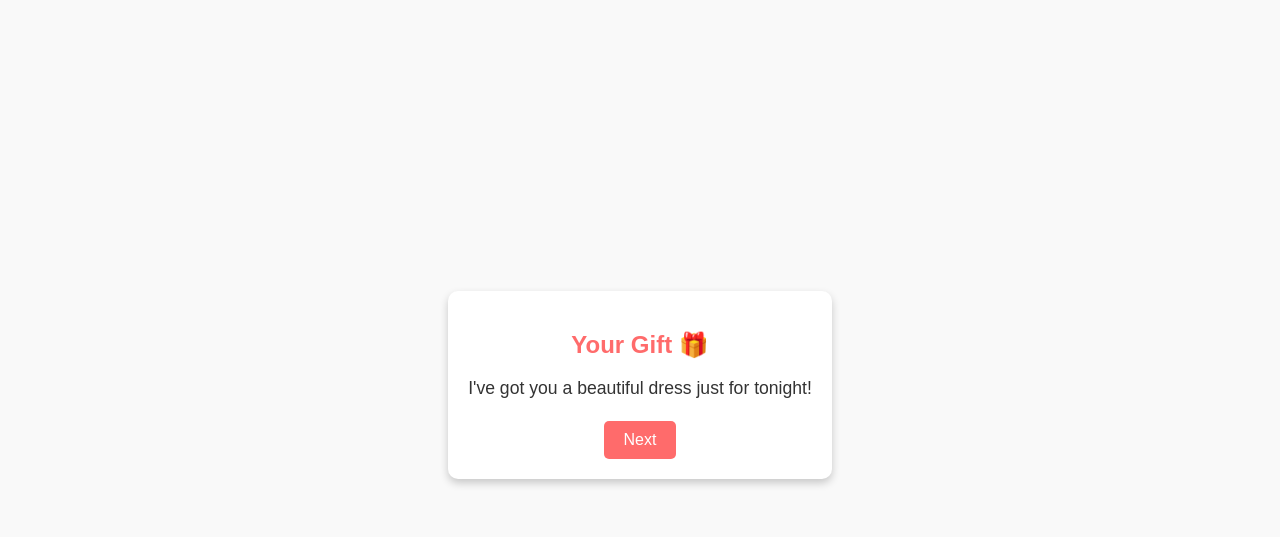
Repository: makanda596/s
Page: /, after clicking the first element matching `button`
The author's editor kept a copy of each file at every save. The page is drawn from the files as they stood at one save, then again after the next save.
The browser window is 1280 px wide. The pictures show the whole page.
The project was rebuilt for these pictures with package versions that can differ from the ones it lists, and the page was loaded fresh each time. Also part of the build but not shown: src/Dinner.js, src/Proposal.js.

Above is the page before, as saved 2024-11-13 14:25:05.

### src/App.js
import React, { useState } from 'react';
import Home from './Home';
import Gift from './Gift';
import "./App.css"
import Dinner from './Dinner';
import Proposal from './Proposal';

function App() {
  const [step, setStep] = useState(1);

  const nextStep = () => setStep(step + 1);

  return (
    <div>
      {step === 1 && <Home nextStep={nextStep} />}
      {step === 2 && <Gift nextStep={nextStep} />}
      {step === 3 && <Dinner nextStep={nextStep} />}
      {step === 4 && <Proposal />}
    </div>
  );
}

export default App;

### src/Home.js
import React from 'react';

function Home({ nextStep }) {
    return (
        <div className="container" style={{ textAlign: 'center', marginTop: '50px' }}>
            <h1>Hey babe 💖</h1>
            <p>I have a surprise for you! Click 'Continue' to see it.</p>
            <button onClick={nextStep}>Continue</button>
        </div>
    );
}

export default Home;

### src/Gift.js
import React from 'react';

function Gift({ nextStep }) {
    return (
        <div className="container" style={{ textAlign: 'center', marginTop: '50px' }}>
            <h2>Your Gift 🎁</h2>
            <p>I've got you a beautiful dress just for tonight!</p>
            <button onClick={nextStep}>Next</button>
        </div>
    );
}

export default Gift;

### src/App.css
/* Center all content vertically and horizontally */
body, html {
    display: flex;
    align-items: center;
    justify-content: center;
    height: 100vh;
    margin: 0;
    font-family: Arial, sans-serif;
    background-color: #f9f9f9;
}

/* Style container for each page */
.container {
    text-align: center;
    padding: 20px;
    max-width: 400px;
    background: #ffffff;
    box-shadow: 0 4px 8px rgba(0, 0, 0, 0.2);
    border-radius: 10px;
}

/* Style for main headings */
h1, h2 {
    color: #ff6b6b;
    margin-bottom: 10px;
}

/* Subtext styles */
p {
    color: #333;
    font-size: 1.1em;
    line-height: 1.4;
    margin-bottom: 20px;
}

/* Button styles */
button {
    padding: 10px 20px;
    font-size: 1em;
    color: #fff;
    background-color: #ff6b6b;
    border: none;
    border-radius: 5px;
    cursor: pointer;
    transition: background-color 0.3s ease;
}

button:hover {
    background-color: #e65555;
}

Loaded but not shown: public/index.html (common file); src/index.js (common file); src/index.css (common file); src/reportWebVitals.js (common file)

After the next save:
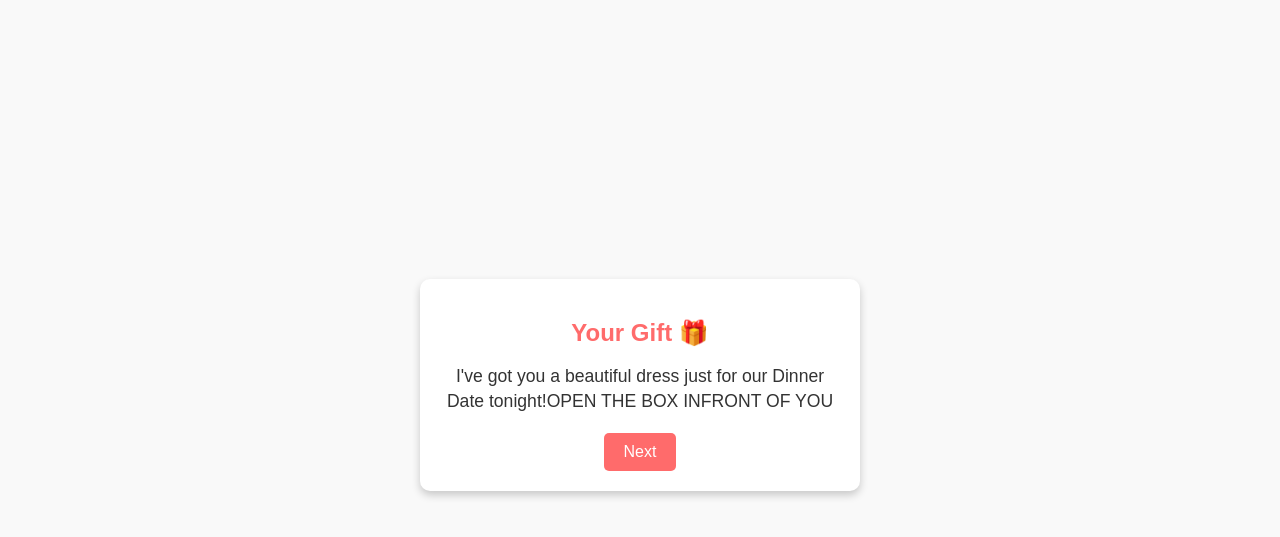
Saved 68 s later.
--- a/src/Gift.js
+++ b/src/Gift.js
@@ -4,7 +4,7 @@ function Gift({ nextStep }) {
     return (
         <div className="container" style={{ textAlign: 'center', marginTop: '50px' }}>
             <h2>Your Gift 🎁</h2>
-            <p>I've got you a beautiful dress just for tonight!</p>
+            <p>I've got you a beautiful dress just for our Dinner Date tonight!<span>OPEN THE BOX INFRONT OF YOU</span></p>
             <button onClick={nextStep}>Next</button>
         </div>
     );
